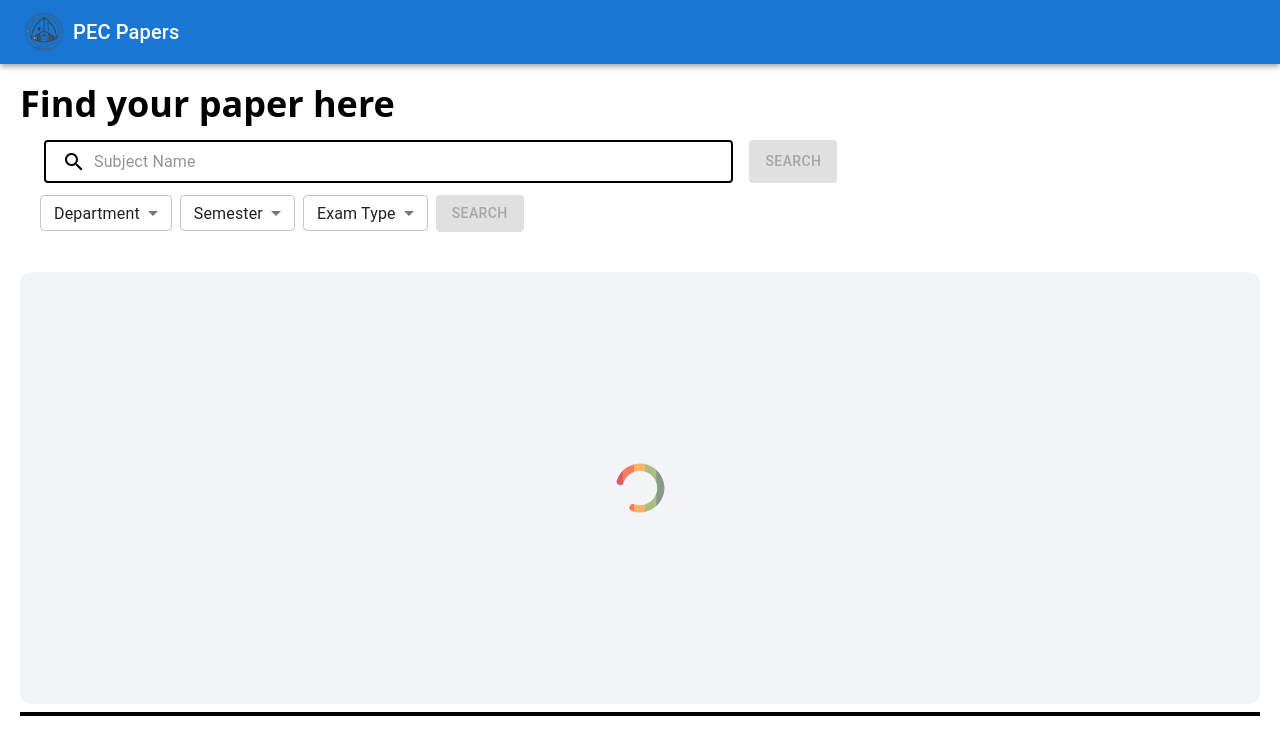
Repository: SUGAM-ARORA/pecpapers
Page: /browse (app in frontend/)
The author's editor kept a copy of each file at every save. The page is drawn from the files as they stood at one save, then again after a run of saves.
The browser window is 1280 px wide. The pictures show the whole page.
The page's requests for data from a server got no answer. The project was rebuilt for these pictures with package versions that can differ from the ones it lists, and the page was loaded fresh each time. Some packages were replaced by stand-ins written for this rebuild. No one was signed in, and anything a server would have sent is missing. Also part of the build but not shown: frontend/vite.config.js, frontend/src/Components/AnimatedText.jsx, frontend/src/Components/Hero.jsx, frontend/src/Components/Footer.jsx, frontend/src/Components/Login.jsx, frontend/src/Components/PaperDisplay.jsx, frontend/src/Components/ProtectedRoute.jsx.

Above is the page before, as saved 2025-07-17 19:22:06.

After the next 3 saves:
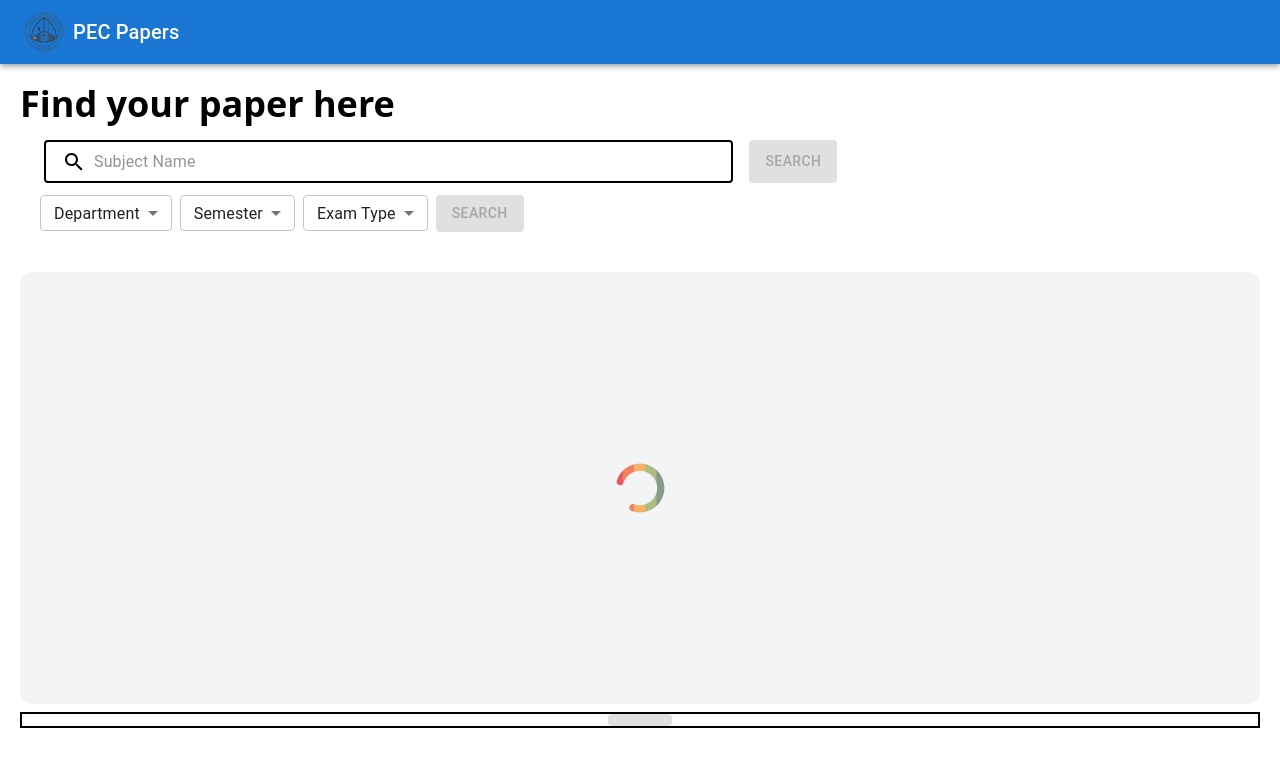
The 3 saves are shown as one change because 2 did not build or start.
The last was saved 79 s later.
--- a/frontend/src/Pages/Browse.jsx
+++ b/frontend/src/Pages/Browse.jsx
@@ -266,8 +266,10 @@ const Browse = () => {
         </div>
 
       </div>
-      <div className='border-2 border-black w-full mt-2'>
-
+      <div className='border-2 border-black w-full mt-2 flex items-center justify-center'>
+        <div className='flex flex-row gap-2'>
+          <Button variant='contained' onClick={getFilteredPapers} disabled={loading}></Button>
+        </div>
       </div>
     </div>
   )
